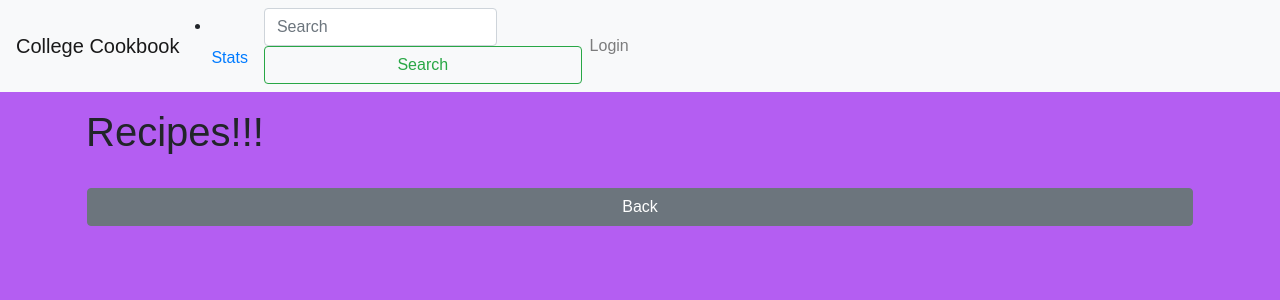
Repository: iiostefanos/college-cookbook
Page: http://localhost/
The author's editor kept a record of every edit. The page is drawn from the files as they stood at one moment, then again after the next edit.
The browser window is 1280 px wide. The pictures show the whole page.
The page is served by the project's application, run on Flask 3 (app.py). Queries for data that is not in the repository find no rows.

Above is the page before.

After the next edit:
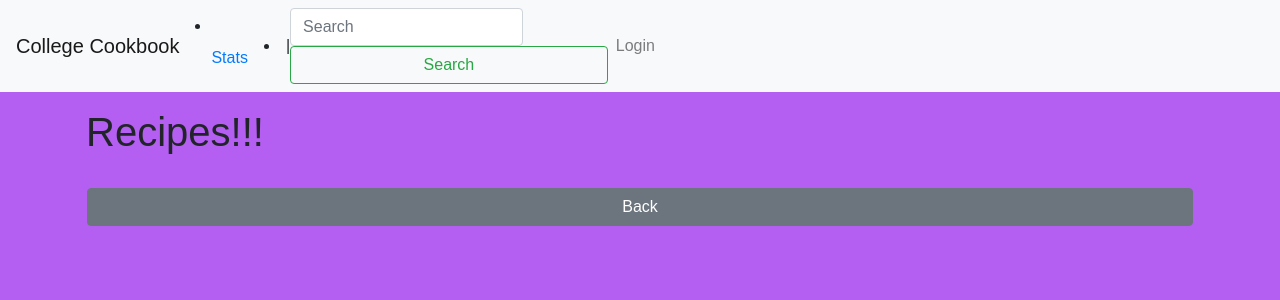
The edit:
--- a/templates/base.html
+++ b/templates/base.html
@@ -19,6 +19,7 @@
       <li class="nav-item">
         <a class="nav-link" href="#">Stats</a>
       </li>
+      <li>|</li>
       <form class="form-inline my-2 my-lg-0">
       <input class="form-control mr-sm-2" type="search" placeholder="Search" aria-label="Search">
       <button class="btn btn-outline-success my-2 my-sm-0" type="submit">Search</button>
